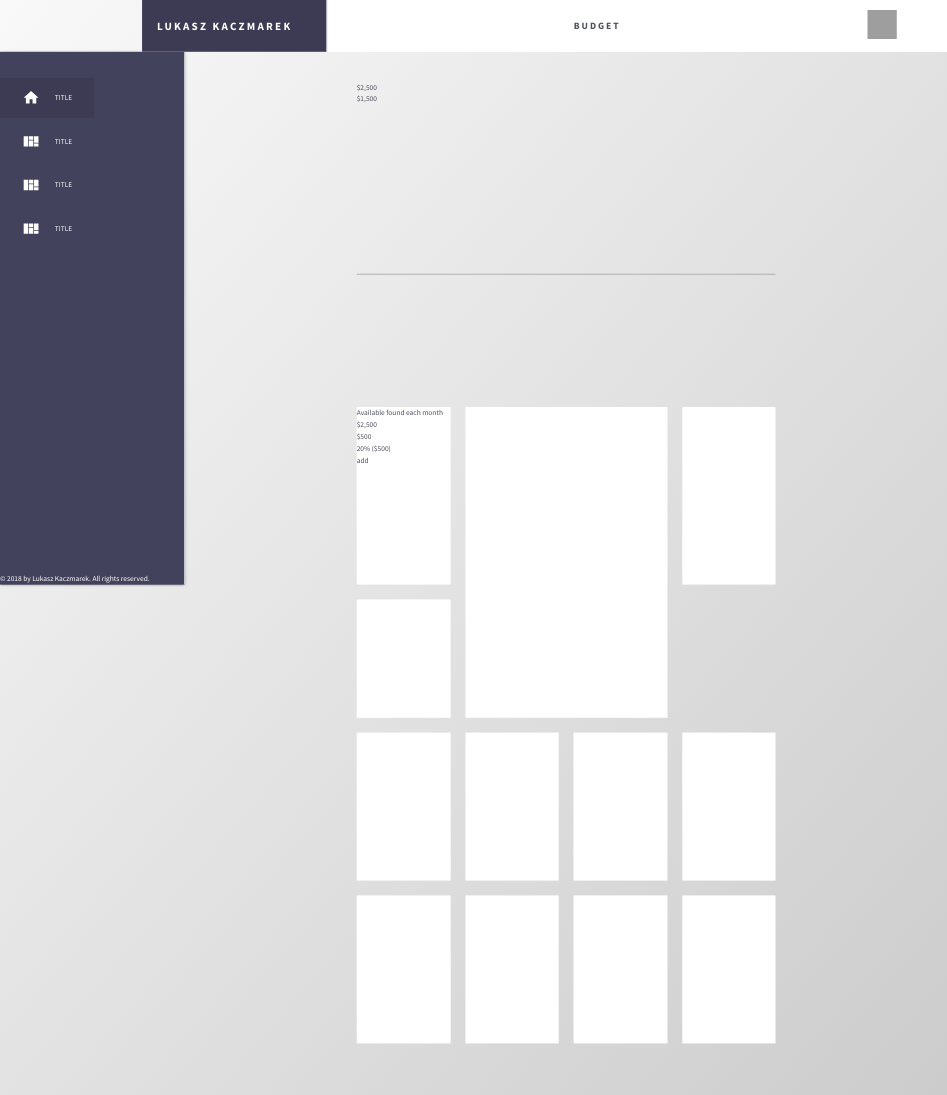
Repository: Archezi/BudgetApplication
Page: index.html
An editor plug-in stored every save of this project. The page is shown before and after the next save, followed by the edit.
The browser window is 1280 px wide. The pictures show the whole page, at 74% of full size.
Pictures or frames that could not be fetched are drawn as grey boxes. The style sheet was rebuilt from its Sass, Less or Tailwind sources for each picture, by a compiler version that may differ from the author's.

Above is the page before, as saved 2018-08-29 18:25:06.
Console error: ReferenceError: $ is not defined

### index.html
<!DOCTYPE html>
<html lang="en">
<head>
    <meta charset="UTF-8">
    <meta name="viewport" content="width=device-width, initial-scale=1.0">
    <meta http-equiv="X-UA-Compatible" content="ie=edge">
    <link href="https://fonts.googleapis.com/css?family=Source+Sans+Pro:300,400,700" rel="stylesheet">
    <!--Import Google Icon Font-->
    <link href="https://fonts.googleapis.com/icon?family=Material+Icons" rel="stylesheet">
    <!--Import materialize.css-->
    <link type="text/css" rel="stylesheet" href="css/materialize.min.css"  media="screen,projection"/>
    <!-- Website style.css-->
    <link rel="stylesheet" href="css/style.comp.css">

    <title>Budget Application</title>

</head>
<body>
   <div class="container">
        <header class="header">
            <div class="logo">
                <h1>Lukasz Kaczmarek</h1>
            </div>
            <div class="page_title">
                <h2>Budget</h2>
            </div>
            <div class="user-nav">
                <div class="user-nav__icon"></div>
                <div class="user-nav__profile">
                    <img src="https://source.unsplash.com/random/40x40" alt="">
                </div>
            </div>
        </header>

        <div class="content">
            <nav class="sidebar">
                <ul class="side-nav">
                    <li class="side-nav__item side-nav__item--active">
                        <a href="#" class="side-nav__link">
                                <svg class="side-nav__icon" style="width:24px;height:24px" viewBox="0 0 24 24">
                                    <path fill="#fff" d="M10,20V14H14V20H19V12H22L12,3L2,12H5V20H10Z" />
                                </svg>
                            <span>Title</span>
                        </a>
                    </li>
                    <li class="side-nav__item ">
                        <a href="#" class="side-nav__link">
                            <svg class="side-nav__icon" style="width:24px;height:24px" viewBox="0 0 24 24">
                                <path fill="#000000" d="M2,5V19H8V5H2M9,5V10H15V5H9M16,5V14H22V5H16M9,11V19H15V11H9M16,15V19H22V15H16Z" />
                            </svg>
                            <span>Title</span>
                        </a>
                    </li>
                    <li class="side-nav__item ">
                        <a href="#" class="side-nav__link">
                            <svg class="side-nav__icon" style="width:24px;height:24px" viewBox="0 0 24 24">
                                <path fill="#000000" d="M2,5V19H8V5H2M9,5V10H15V5H9M16,5V14H22V5H16M9,11V19H15V11H9M16,15V19H22V15H16Z" />
                            </svg>
                            <span>Title</span>
                        </a>
                    </li>
                    <li class="side-nav__item ">
                        <a href="#" class="side-nav__link">
                            <svg class="side-nav__icon" style="width:24px;height:24px" viewBox="0 0 24 24">
                                <path fill="#000000" d="M2,5V19H8V5H2M9,5V10H15V5H9M16,5V14H22V5H16M9,11V19H15V11H9M16,15V19H22V15H16Z" />
                            </svg>
                            <span>Title</span>
                        </a>
                    </li>
                </ul>

                <div class="legal">
                    &copy; 2018 by Lukasz Kaczmarek. All rights reserved.
                </div>
            </nav>

            <div class="main">

                <div class="overview">
                    <div class="total__available-founds"></div>
                    <div class="total__income">$2,500</div>
                    <div class="total__expenses">$1,500</div>
                </div>

                <div class="add__container ">
                    <div class="input-field col s12">
                        <select class="add__type">
                            <option value="" disabled selected>Select</option>
                            <option value="inc">Income</option>
                            <option value="exp">-</option>
                            <label for="">Materialize select</label>
                        </select>
                    </div>

                    <input type="text">
                </div>


                <div class="budget">
                    <div class="available-founds-panel">
                        <div class="available-founds__title">Available found each month</div>
                        <div class="available-found__value">$2,500</div>
                        <div class="available-found__deposit">$500</div>
                        <div class="available-found__deposit--percentage">20% ($500)</div>
                        <div class="available-found__btn add__btn">
                            <i></i>add
                        </div>
                    </div>
                    <div class="income-panel">
                    </div>
                    <div class="history-panel"></div>
                    <div class="expenses-panel"></div>
                </div>
                <div class="statistics">
                    <div class="net-profit-panel"></div>
                    <div class="tax-panel"></div>
                    <div class="savings-panel"></div>
                    <div class="projections"></div>

                </div>
                <div class="statistics">
                    <div class="net-profit-panel"></div>
                    <div class="tax-panel"></div>
                    <div class="savings-panel"></div>
                    <div class="projections"></div>

                </div>



            </div>


        </div>




   </div>

   <!-- Compiled and minified JavaScript -->
   <script src="https://cdnjs.cloudflare.com/ajax/libs/materialize/1.0.0-rc.2/js/materialize.min.js"></script>
   <script src="js/myscript.js"></script>
</body>
</html>

### js/myscript.js
$(document).ready(function(){
    $('select').formSelect();
  });

### sass/main.scss
@import "base/reset";
@import "base/base";
@import "base/typography";

@import "abstracts/variables";
@import "components/mainComponent";
@import "components/layout";

### sass/base/_base.scss
:root {
    --color-primary: #eb2f64;
    --color-primary-light: #FF3366;
    --color-primary-dark: #BA265D;

    --color-background-dark: #3C3B53;
    --color-background-light: #43425D;

    --color-grey-light-1: #faf9f9;
    --color-grey-light-2: #f4f2f2;
    --color-grey-light-3: #f0eeee;
    --color-grey-light-4: #ccc;

    --color-grey-dark-1: #333;
    --color-grey-dark-2: #4D4F5C;
    --color-grey-dark-3: #999;
    --color-white: #fff;
    --shadow-dark: 0 2rem 6rem rgba(0,0,0,.3);
    --shadow-light: 0 2rem 5rem rgba(0,0,0,.06);

    --line: 1px solid var(--color-grey-light-2);
}

$bp-largest: 75em;     // 1200px
$bp-large: 68.75em;    // 1100px
$bp-medium: 56.25em;   // 900px
$bp-small: 37.5em;     // 600px
$bp-smallest: 31.25em; // 500px

* {
    margin: 0;
    padding: 0;
}

*,
*::before,
*::after {
    box-sizing: inherit;
}

html {
    box-sizing: border-box;
    font-size: 62.5%; // 1rem = 10px, 10px/16px = 62.5%

    @media only screen and (max-width: $bp-large) {
        font-size: 50%;
    }
}

body {


    color: var(--color-grey-dark-2);
    background-image: linear-gradient(to right bottom, var(--color-grey-light-1), var(--color-grey-light-4));
    background-size: cover;
    background-repeat: no-repeat;

    min-height: 100vh;
}

### sass/base/_typography.scss
body {

    font-weight: 400;
    line-height: 1.6;
    font-family: 'Source Sans Pro', sans-serif;
    text-rendering: optimizeLegibility;
    -webkit-font-smoothing: antialiased;

}

### sass/abstracts/_variables.scss
$header-height: 7rem;
$sidebar-width: 25rem;
$main: calc(4rem + $header-height );
$fraction: 1fr;

### sass/components/_mainComponent.scss

//////////////////////////////////////////
// Header

.logo {
    width: 25rem;
    padding: 0 2rem;

    border-right: var(--line);
    background: var(--color-background-dark);
    h1 {

        align-self: center;
        font-size: 1.5rem;
        font-weight: 700;
        line-height: 2rem;
        letter-spacing: 0.2em;
        text-transform: uppercase;
        padding: 2.5rem 0;
        color: var(--color-white);

    }
}
.page_title {
    width: 30rem;
    text-align: center;
    h2 {
        font-size: 1.3rem;
        font-weight: 700;
        letter-spacing: 0.2em;
        text-transform: uppercase;
    }
}
.user-nav {
    width: 30rem;
}



.side-nav {
    font-size: 1.5rem;
    list-style: none;
    margin-top: 3.5rem;

    &__item {
        position: relative;

        &:not(:last-child) {
            margin-bottom: .5rem;
        }
    }
    &__item::before {
        content: "";
        position: absolute;
        top: 0;
        left: 0;
        height: 100%;
        width: 3px;
        background-color: var(--color-background-dark);
        transform: scaleY(0);
        transition: transform .2s,
                    width .4s cubic-bezier(1,0,0,1) .2s,
                    background-color .1s;
    }

    &__item:hover::before,
    &__item--active::before {
        transform: scaleY(1);
        width: 100%;
    }

    &__item:active::before {
        background-color: var(--color-background-light);
    }

    &__link:link,
    &__link:visited {
        color: var(--color-grey-light-1);
        text-decoration: none;
        text-transform: uppercase;
        display: block;
        padding: 1.5rem 3rem;
        position: relative;
        z-index: 10;

        display: flex;
        align-items: center;

        @media only screen and (max-width: $bp-medium) {
            justify-content: center;
            padding: 2rem;
        }

        @media only screen and (max-width: $bp-small) {
            flex-direction: column;
            padding: 1.5rem .5rem;
        }
    }

    &__icon {
        width: 1.75rem;
        height: 1.75rem;
        margin-right: 2rem;
        fill: currentColor;
        path {
            fill: #fff;
        }
        @media only screen and (max-width: $bp-small) {
            margin-right: 0;
            margin-bottom: .7rem;
            width: 1.5rem;
            height: 1.5rem;
        }
    }
}

### sass/components/_layout.scss
.container {
    max-width: 100%;
    min-height: 100vh;
    margin: 0 auto;

}

.header {
    height: $header-height;
    background: var(--color-white);
    position: fixed;
    top: 0;
    width: 100%;
    display: flex;
    justify-content: space-between;
    align-items: center;
    z-index: 1000;
}
.content {

}
.sidebar {
    border-right: var(--line);
    background-color: var(--color-background-light);
    position: fixed;
    left: 0;
    top: 0;
    width: 25rem;
    margin-top: $header-height;
    // width: 25rem;
    display: flex;
    flex-direction: column;
    justify-content: space-between;
    min-height: calc(100vh );
    z-index: 999;
}
.main {
    margin-top: $header-height;
    padding: 4rem 4rem 7rem 29rem;
    width: 100%;
    min-height: calc(100vh - 7rem);
    display: grid;
    grid-gap: 2rem;
    grid-auto-rows: minmax(20rem, auto);
    .budget {
        display: grid;
        grid-gap: 2rem;
        grid-template-columns: repeat(4, 1fr);
        grid-row: span 2;
        & > * {
            background: var(--color-white);
        }
        .history-panel {
            grid-column: 2 / span 2;
            grid-row: 1 / span 2;
            grid-auto-rows: $fraction;
        }
    }

    .statistics {
        display: grid;
        grid-gap: 2rem;
        grid-template-columns: repeat(4, 1fr);

        & > * {
            background: var(--color-white);
        }

    }
}
.footer {
    position: absolute;
    bottom: 0;
    background: var(--color-white);
    z-index: 1;
    height: $header-height;
    width: calc(100%);
    z-index: 100;
}

Loaded but not shown: css/materialize.min.css (library); sass/base/_reset.scss (common file)

After the next save:
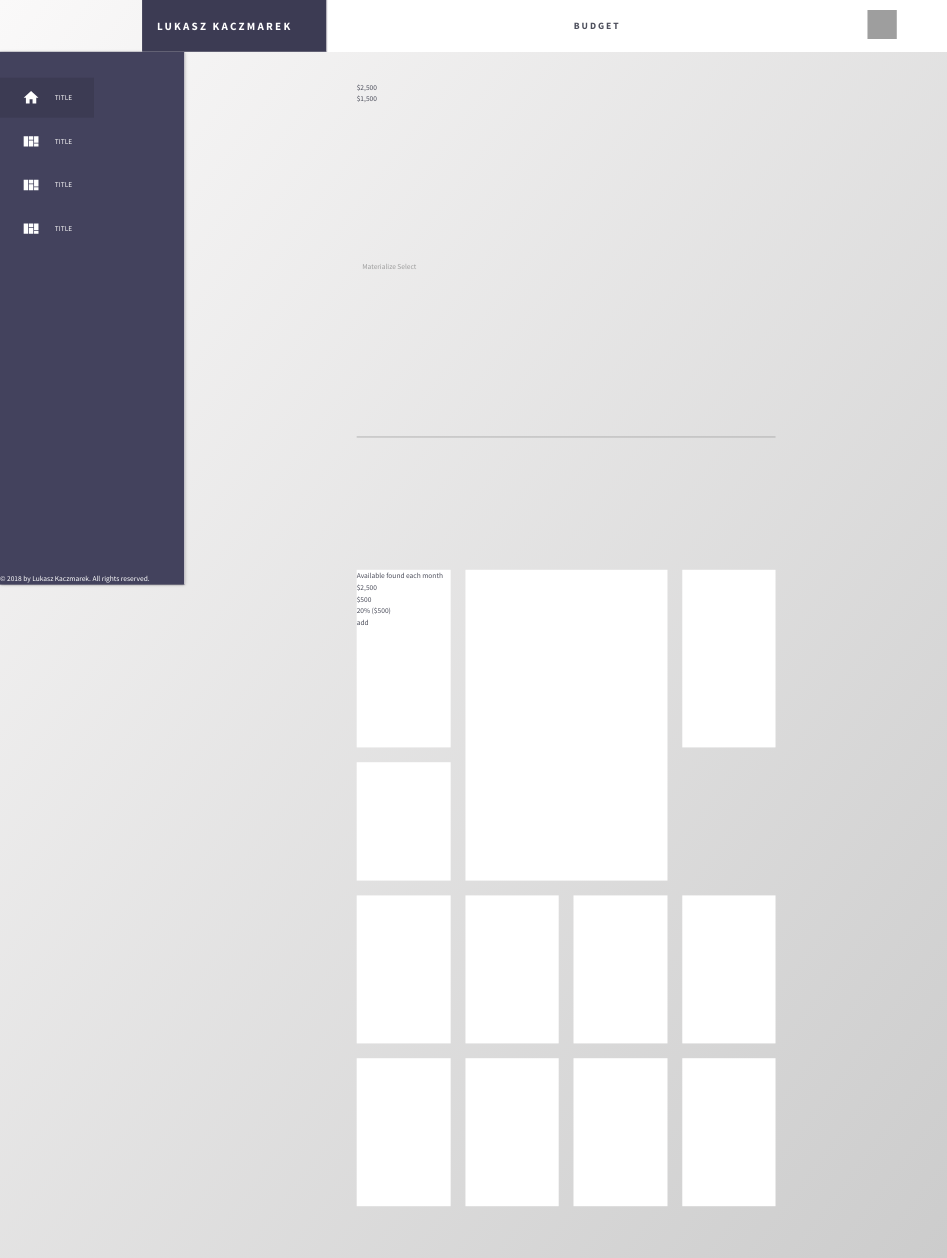
Saved 3 min 0 s later.
--- a/index.html
+++ b/index.html
@@ -81,7 +81,15 @@
                     <div class="total__income">$2,500</div>
                     <div class="total__expenses">$1,500</div>
                 </div>
-
+                <div class="input-field col s12">
+                    <select>
+                        <option value="" disabled selected>Choose your option</option>
+                        <option value="1">Option 1</option>
+                        <option value="2">Option 2</option>
+                        <option value="3">Option 3</option>
+                    </select>
+                    <label>Materialize Select</label>
+                </div>
                 <div class="add__container ">
                     <div class="input-field col s12">
                         <select class="add__type">

After the save that followed:
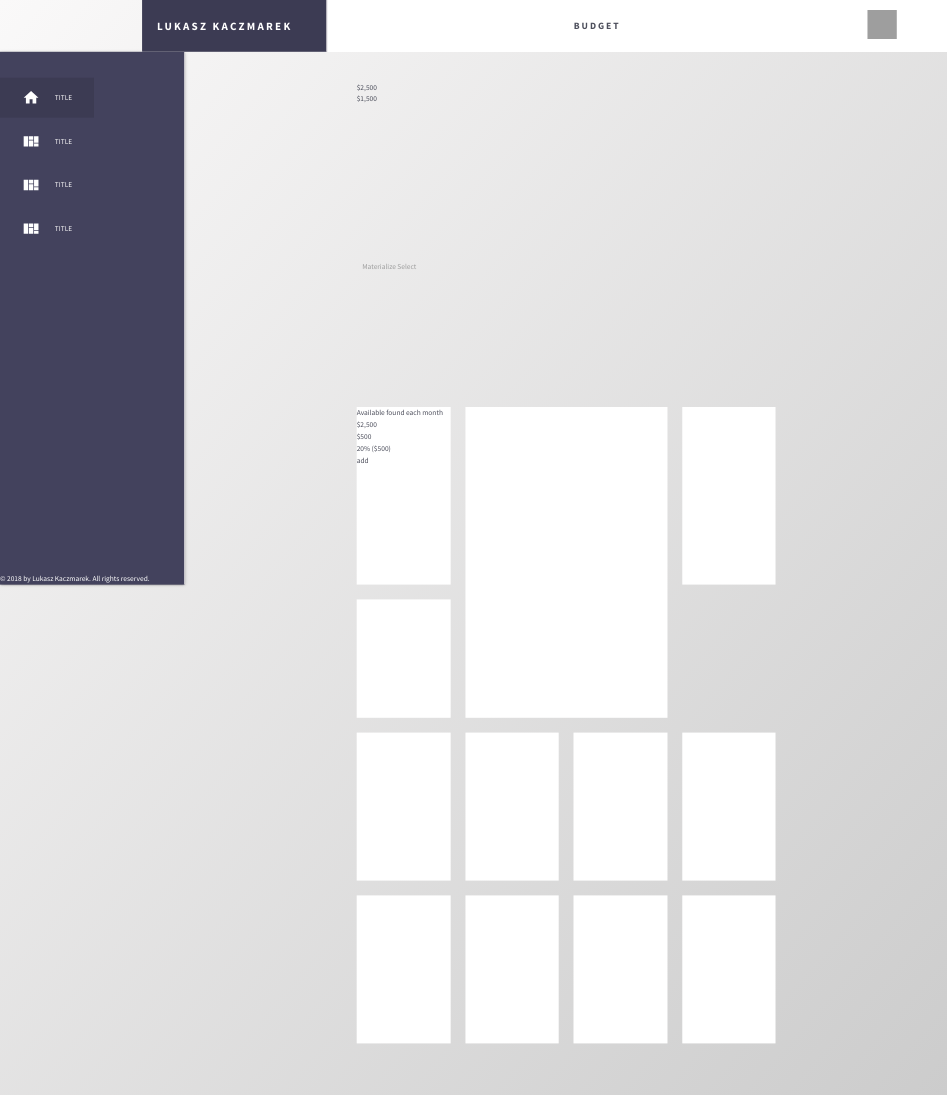
Saved 27 s later.
--- a/index.html
+++ b/index.html
@@ -90,18 +90,7 @@
                     </select>
                     <label>Materialize Select</label>
                 </div>
-                <div class="add__container ">
-                    <div class="input-field col s12">
-                        <select class="add__type">
-                            <option value="" disabled selected>Select</option>
-                            <option value="inc">Income</option>
-                            <option value="exp">-</option>
-                            <label for="">Materialize select</label>
-                        </select>
-                    </div>
 
-                    <input type="text">
-                </div>
 
 
                 <div class="budget">
